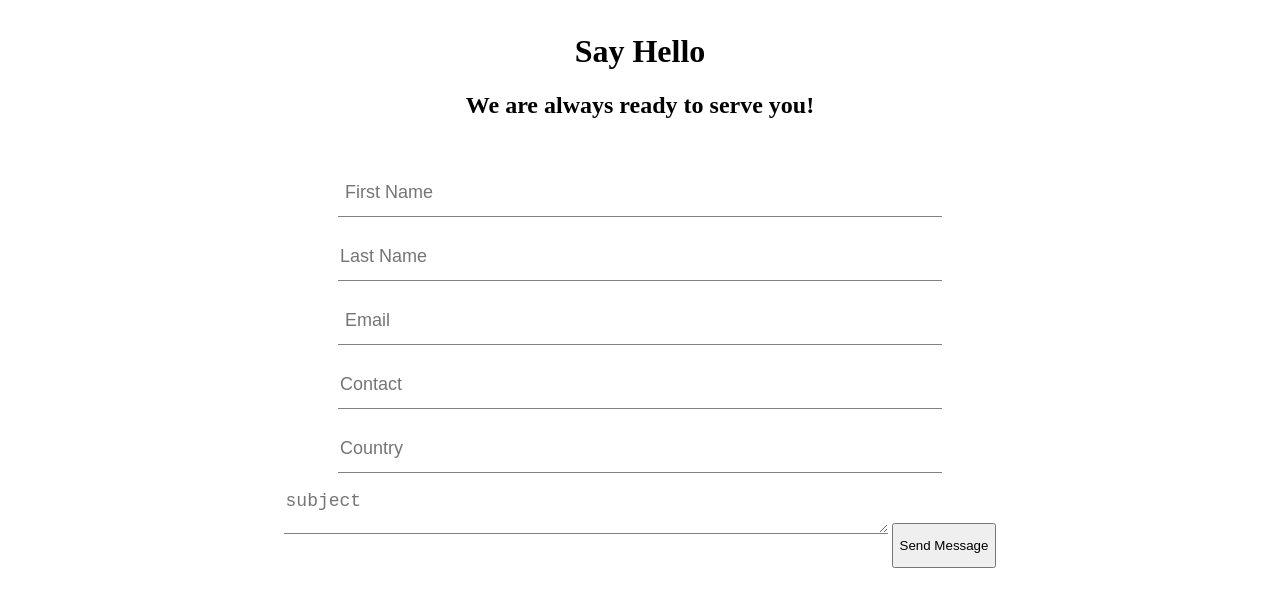
Repository: Owusuharriet/HW1-HAMAH.index.html
Page: index.htm
An editor plug-in stored every save of this project. The page is shown before and after the next save, followed by the edit.
The browser window is 1280 px wide. The pictures show the whole page.

Above is the page before, as saved 2020-08-03 23:29:58.

After the next save:
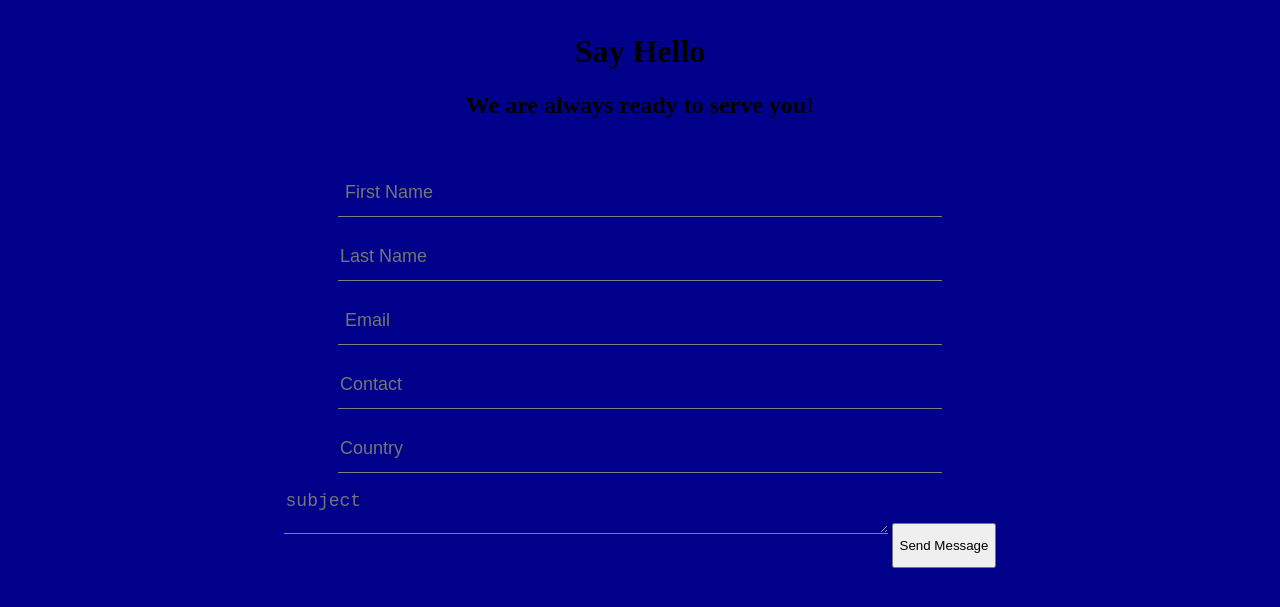
Saved 7 s later.
--- a/style.css
+++ b/style.css
@@ -2,7 +2,7 @@
     margin: 6px;
     padding: 6px;
     text-align: center;
-    background-color:da;
+    background-color:darkblue;
 
     background-size: cover;
     background-position: center;

After the save that followed:
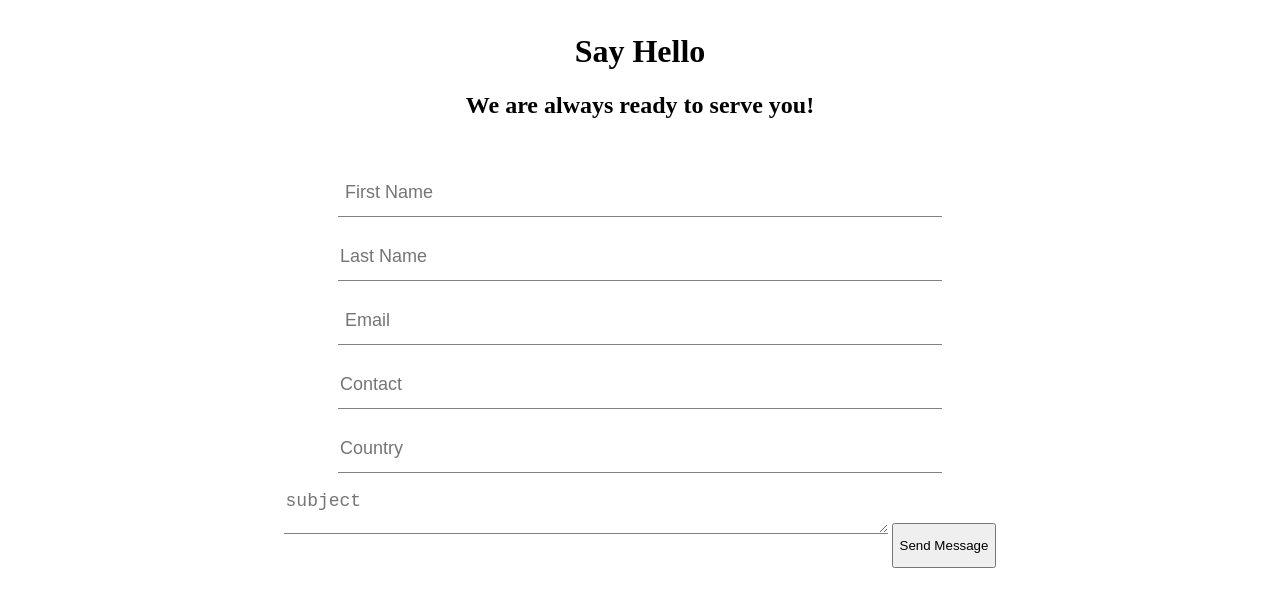
Saved 5 min 10 s later.
--- a/style.css
+++ b/style.css
@@ -2,7 +2,7 @@
     margin: 6px;
     padding: 6px;
     text-align: center;
-    background-color:darkblue;
+    background-color:b;
 
     background-size: cover;
     background-position: center;
